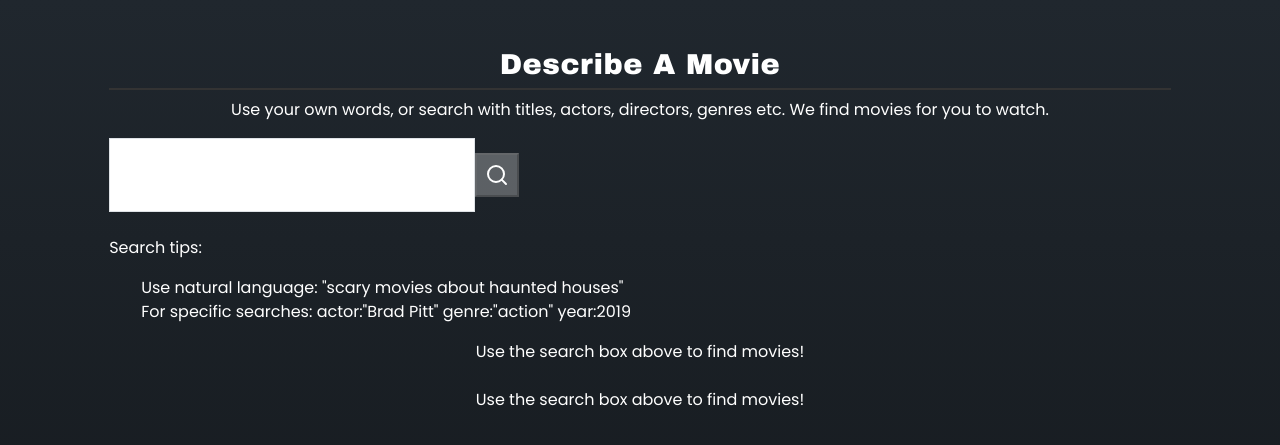
Repository: MahmoudSaad1307/DEPI-MoviesApp
Page: /movies
An editor plug-in stored every save of this project. The page is shown before and after a run of saves, followed by the edit.
The browser window is 1280 px wide. The pictures show the whole page.
The project was rebuilt for these pictures with package versions that can differ from the ones it lists, and the page was loaded fresh each time. Also part of the build but not shown: vite.config.js, vite.config.ts, src/constants/components/Navbar.jsx, src/constants/components/Footer.jsx, src/pages/Layout.jsx, src/components/popular.jsx, src/components/continueWatching.jsx, src/components/topPicks.jsx and 9 more.

Above is the page before, as saved 2025-04-18 18:50:49.

After the next 6 saves:
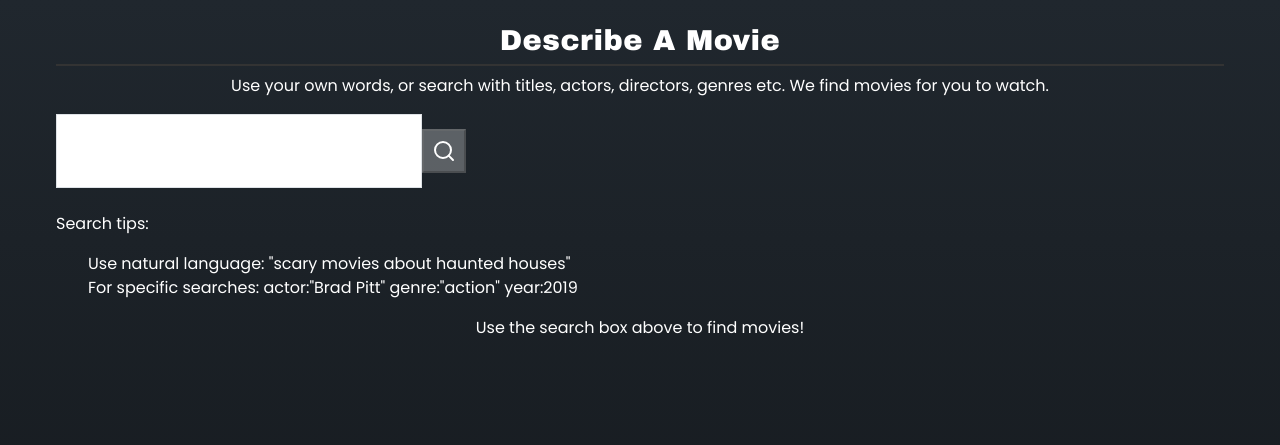
The 6 saves are shown as one change because they came seconds apart.
The last was saved 29 s later.
--- a/src/App.jsx
+++ b/src/App.jsx
@@ -9,6 +9,7 @@ import MovieDetails from "./pages/MovieDetails";
 import UserEditPage from "./pages/UserEditPage";
 import Watchlist from "./pages/Watchlist";
 import Bonus from "./constants/components/bonus";
+import MovieFinderApp from "./constants/components/MovieSearch";
 
 const App = () => {
   return (
@@ -24,7 +25,7 @@ const App = () => {
     //     <Route path="/watchlist" element={<Watchlist />} />
     //   </Route>
     // </Routes>
-    <Bonus/>
+    <MovieFinderApp/>
   );
 };
 
